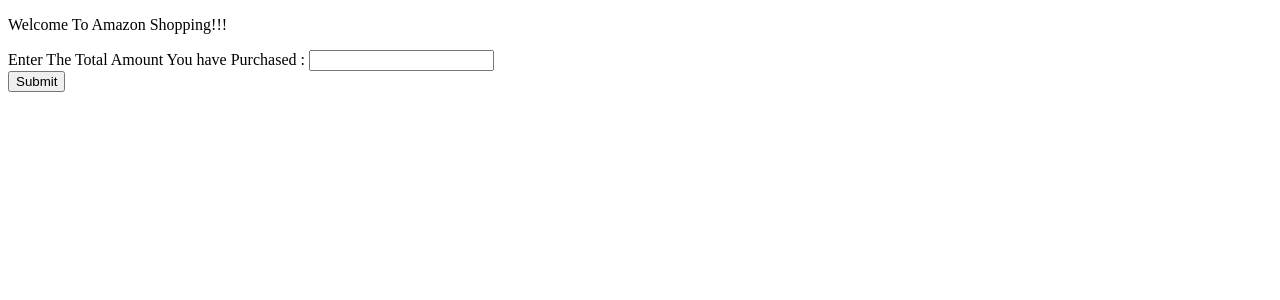
Repository: KavinAdithya/Servlet-JSP
Page: AmazonSale/src/main/webapp/META-INF/WebPage.html
An editor plug-in stored every save of this project. The page is shown before and after the next save, followed by the edit.
The browser window is 1280 px wide. The pictures show the whole page.

Above is the page before, as saved 2024-03-16 18:29:38.

### AmazonSale/src/main/webapp/META-INF/WebPage.html
<!DOCTYPE html>
<html>
	<head>
		<title>
			AmazonShop.tech
		</title>
		<link rel="stylesheet" href="WebPageStyle.css">
	</head>
	<body>
		<p class="amazon-class">
			Welcome To Amazon Shopping!!!
		</p>
		<form action="amazon" method="post">
			Enter The Total Amount You have Purchased : <input type="text" name="amount"><br>
			<input type="submit">
		</form>
	</body>
</html>

### AmazonSale/src/main/webapp/WebPageStyle.css
@charset "ISO-8859-1";
.amazon-para{
	color:pink;
	font-size:18px;
}

After the next save:
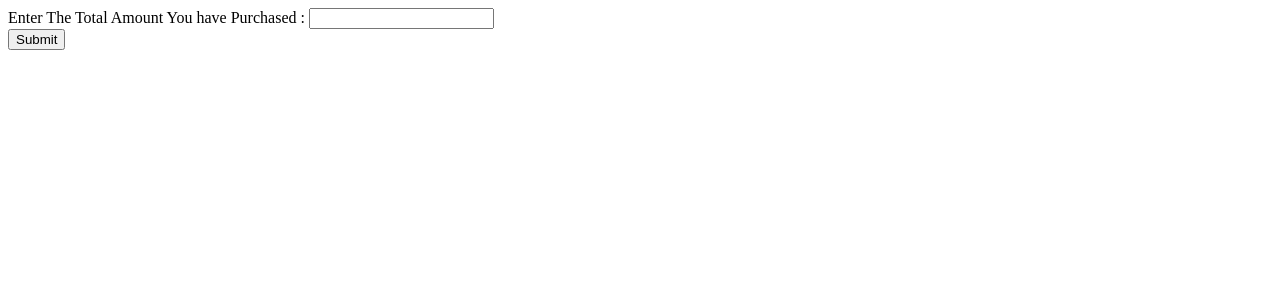
Saved 63 s later.
--- a/AmazonSale/src/main/webapp/META-INF/WebPage.html
+++ b/AmazonSale/src/main/webapp/META-INF/WebPage.html
@@ -7,9 +7,6 @@
 		<link rel="stylesheet" href="WebPageStyle.css">
 	</head>
 	<body>
-		<p class="amazon-class">
-			Welcome To Amazon Shopping!!!
-		</p>
 		<form action="amazon" method="post">
 			Enter The Total Amount You have Purchased : <input type="text" name="amount"><br>
 			<input type="submit">
